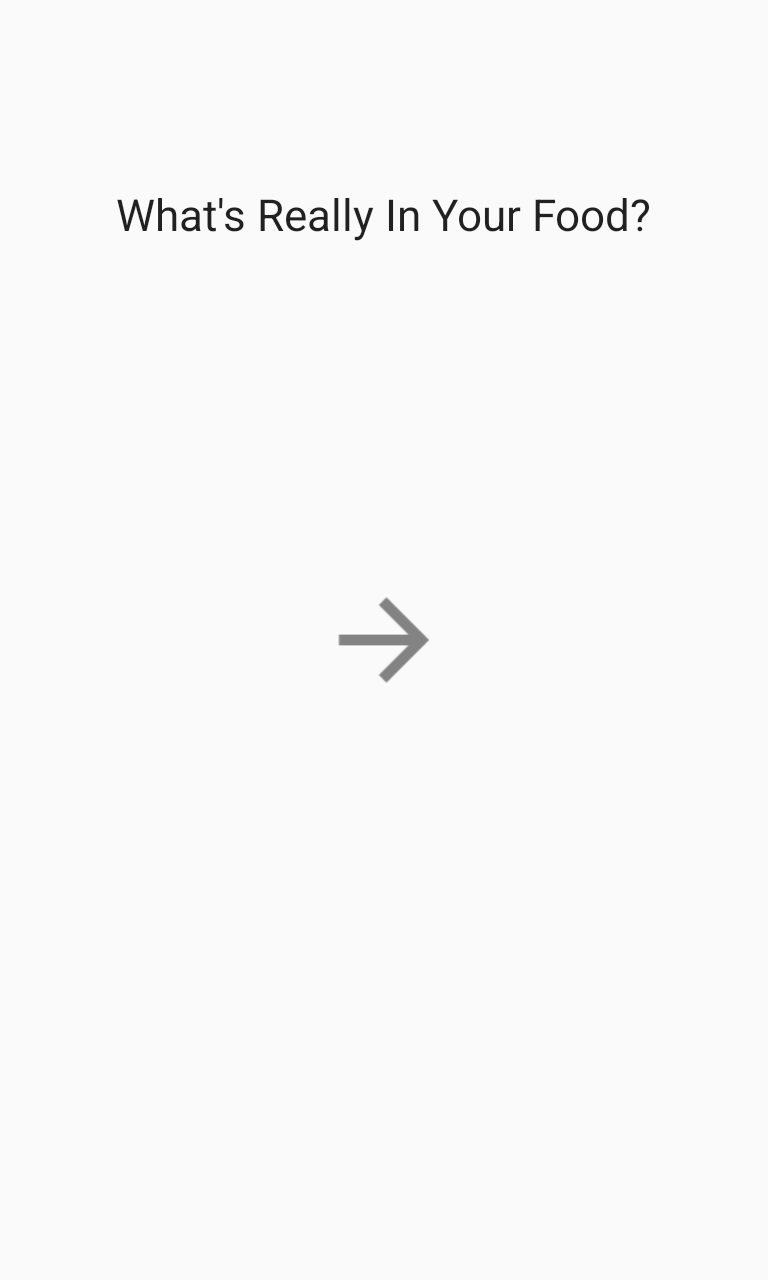
Repository: sehmon/workspace-eclipse
Layout: WhatAmIEating/res/layout/activity_scan.xml
An editor plug-in stored every save of this project. The layout is shown before and after the next save, followed by the edit.
It is drawn on a 768 x 1280 px phone screen (xhdpi) without system bars, with theme AppTheme; the app's code is not run.

Above is the layout before, as saved 2014-04-13 04:53:51.

After the next save:
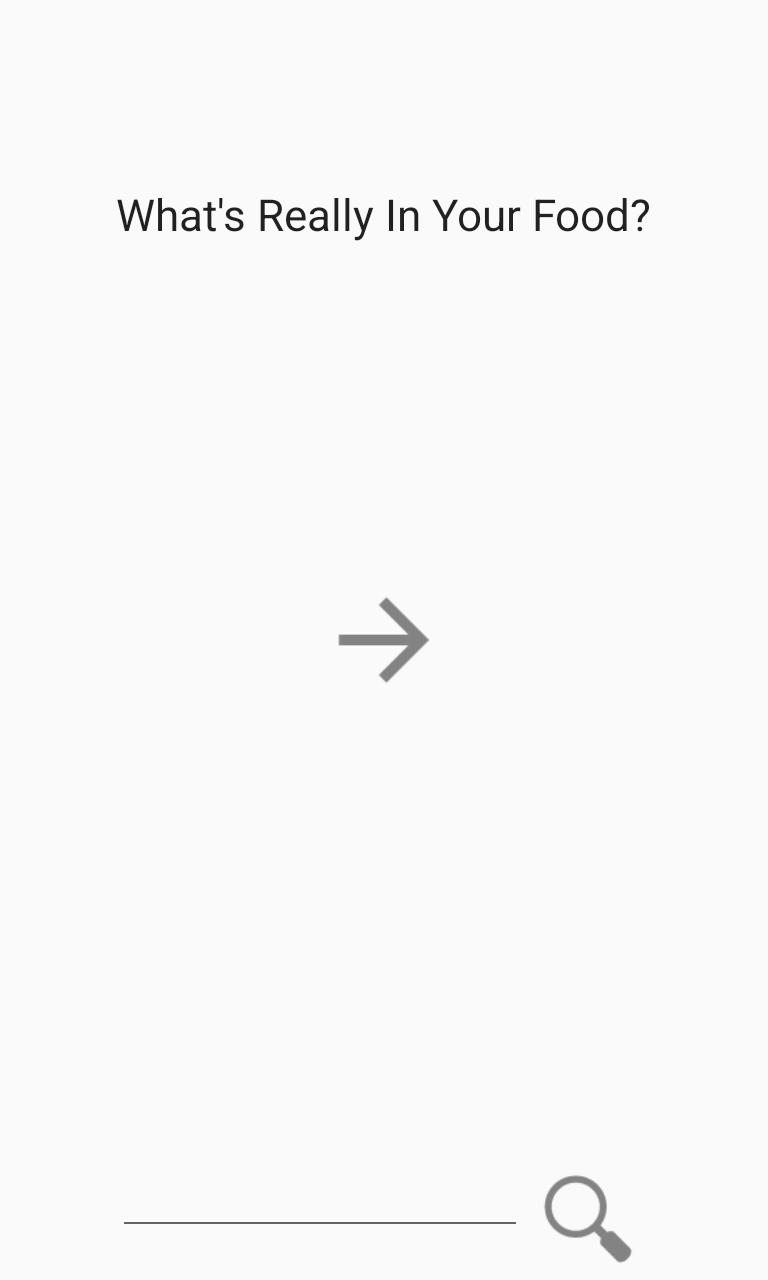
Saved 5 min 23 s later.
--- a/WhatAmIEating/res/layout/activity_scan.xml
+++ b/WhatAmIEating/res/layout/activity_scan.xml
@@ -20,7 +20,26 @@
         android:layout_height="wrap_content"
         android:layout_centerHorizontal="true"
         android:layout_centerVertical="true"
-        android:src="@drawable/ic_action_forward"
-        android:background="#0000" />
+        android:background="#0000"
+        android:src="@drawable/ic_action_forward" />
+
+    <EditText
+        android:id="@+id/editText1"
+        android:layout_width="wrap_content"
+        android:layout_height="wrap_content"
+        android:layout_alignLeft="@+id/textView1"
+        android:layout_alignParentBottom="true"
+        android:layout_marginBottom="20dp"
+        android:layout_toLeftOf="@+id/ImageButton01"
+        android:ems="10" />
+
+    <ImageButton
+        android:id="@+id/ImageButton01"
+        android:layout_width="wrap_content"
+        android:layout_height="wrap_content"
+        android:layout_alignRight="@+id/textView1"
+        android:layout_alignTop="@+id/editText1"
+        android:background="#0000"
+        android:src="@drawable/ic_action_search" />
 
 </RelativeLayout>
